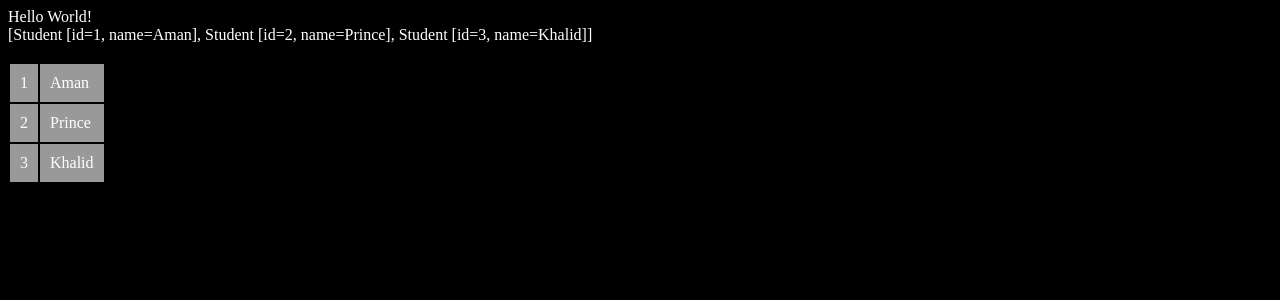
Repository: md-aman-git/Java-Repo-Epam
Page: http://localhost/JSTLDemo/DemoJstl
These files come from the project's save history. The page is drawn as it stood at one moment and after the next save; the edit follows.
The browser window is 1280 px wide. The pictures show the whole page.
The page is served by Tomcat 9.

Above is the page before, as saved 2022-03-07 16:34:17.

After the next save:
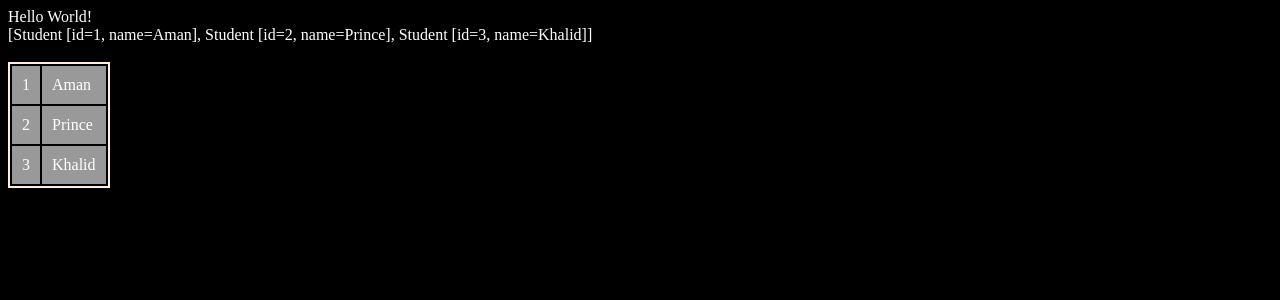
Saved 21 s later.
--- a/JspServlet/JSTLDemo/src/main/webapp/display.jsp
+++ b/JspServlet/JSTLDemo/src/main/webapp/display.jsp
@@ -13,6 +13,7 @@ color: #fff;
 background: #000;
 }
 table {
+border: 2px solid #fed;
 }
 td {
 background: #999;
